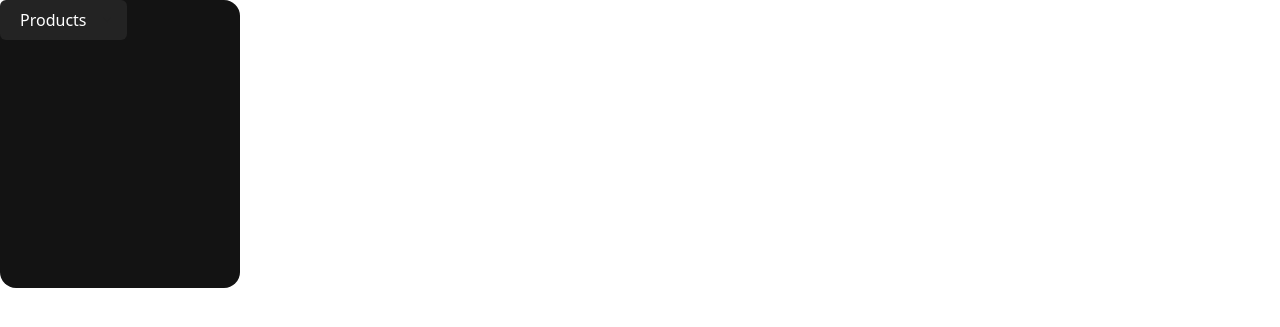
Repository: SayedJamil/Edvora-app
Page: /leftcard
These files come from the project's save history. The page is drawn as it stood at one moment and after a run of saves; the edit follows.
The browser window is 1280 px wide. The pictures show the whole page.
The project was rebuilt for these pictures with package versions that can differ from the ones it lists, and the page was loaded fresh each time. The framework's server and built-in components were replaced by stand-ins that run in the browser. Also part of the build but not shown: next.config.js.

Above is the page before, as saved 2021-12-19 16:04:50.

### pages/leftcard.js
function leftcard() {
    return (
        <div className="h-72 w-60 bg-[#131313] rounded-2xl ">

            <div class="relative inline-flex">
                <svg class="w-2 h-2 absolute top-0 right-0 m-4 pointer-events-none" xmlns="http://www.w3.org/2000/svg" viewBox="0 0 412 232"><path d="M206 171.144L42.678 7.822c-9.763-9.763-25.592-9.763-35.355 0-9.763 9.764-9.763 25.592 0 35.355l181 181c4.88 4.882 11.279 7.323 17.677 7.323s12.796-2.441 17.678-7.322l181-181c9.763-9.764 9.763-25.592 0-35.355-9.763-9.763-25.592-9.763-35.355 0L206 171.144z" fill="#232323" fill-rule="nonzero" /></svg>
                <select class="rounded-md h-10 pl-5 pr-10 bg-[#232323] hover:border-[#232323] focus:outline-none appearance-none outline-none text-white">
                    <option>Products </option>
                    <option>Red</option>
                    <option>Blue</option>
                </select>
            </div>

        </div>
    )
}

export default leftcard

### styles/globals.css
body {
  margin: 0;
  padding: 0;
}
@tailwind base;
@tailwind components;
@tailwind utilities;

Loaded but not shown: pages/_app.js (common file); tailwind.config.js (common file)

After the next 3 saves:
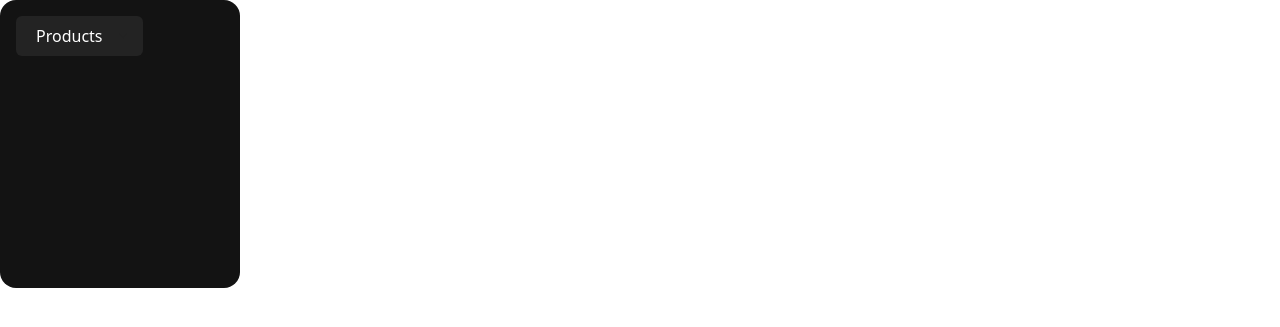
The 3 saves are shown as one change because they came seconds apart.
The last was saved 9 s later.
--- a/pages/leftcard.js
+++ b/pages/leftcard.js
@@ -1,6 +1,6 @@
 function leftcard() {
     return (
-        <div className="h-72 w-60 bg-[#131313] rounded-2xl ">
+        <div className="h-72 w-60 bg-[#131313] rounded-2xl p-4">
 
             <div class="relative inline-flex">
                 <svg class="w-2 h-2 absolute top-0 right-0 m-4 pointer-events-none" xmlns="http://www.w3.org/2000/svg" viewBox="0 0 412 232"><path d="M206 171.144L42.678 7.822c-9.763-9.763-25.592-9.763-35.355 0-9.763 9.764-9.763 25.592 0 35.355l181 181c4.88 4.882 11.279 7.323 17.677 7.323s12.796-2.441 17.678-7.322l181-181c9.763-9.764 9.763-25.592 0-35.355-9.763-9.763-25.592-9.763-35.355 0L206 171.144z" fill="#232323" fill-rule="nonzero" /></svg>
